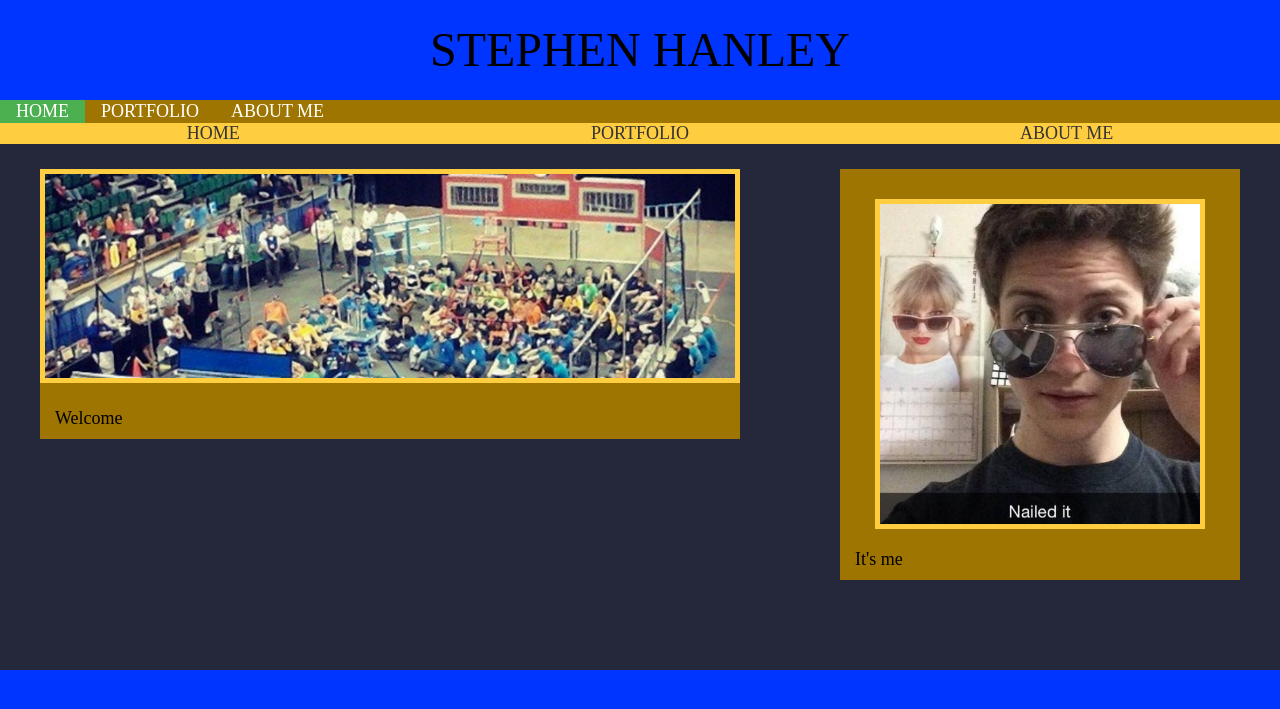
Repository: sjhanley/Portfolio-Website
Page: sjhanley_portfolio.html
The author's editor kept a record of every edit. The page is drawn from the files as they stood at one moment, then again after the next edit.
The browser window is 1280 px wide. The pictures show the whole page.

Above is the page before.
Console error (its wording comes from the project's code and is left out).

### sjhanley_portfolio.html
<!DOCTYPE html>
<html lang="en">
  <head>
    <meta charset="utf-8">
	<meta http-equiv="X-UA-Compatible" content="IE=edge">
	<meta name="viewport" content="width=device-width, initial-scale=1">
    <title>sjhanley_portfolio</title>
    <!-- Bootstrap -->
    <link href="css/styles.css" rel="stylesheet">
	<link href="css/bootstrap.css" rel="stylesheet">

	<!-- HTML5 shim and Respond.js for IE8 support of HTML5 elements and media queries -->
	<!-- WARNING: Respond.js doesn't work if you view the page via file:// -->
	<!--[if lt IE 9]>
		  <script src="https://oss.maxcdn.com/html5shiv/3.7.2/html5shiv.min.js"></script>
		  <script src="https://oss.maxcdn.com/respond/1.4.2/respond.min.js"></script>
		<![endif]-->
  </head>
  <style>
    #body {
    	background: url("mybackgroundimage.gif") repeat;
    	}
    #banner {
    	position: absolute;
    	top: 0;
    	left: 0;
    	right: 0;
    	width: 100%;
    	height: 100px;
    	z-index: -1;
    	background-color: #0035FF;
    	}
    #footer {
    	position: fixed;
    	bottom:0;
    	left: 0;
    	right: 0;
    	width: 100%;
    	height: 50px;
    	background-color: #0035FF;
    	z-index: 0;
    	}

    .castella{
    		font: normal normal normal 48px/100px castellar, castellar;
    		text-align: center;
    		color: black;
    	}

   	.lucida{
    		font: 18px LCALLIG, lucida;
    		text-align: left;
    		color: black;
    	}

    	body {margin:0;}

ul {
    list-style-type: none;
    margin: 0;
    padding: 0;
    overflow: hidden;
    background-color: #9E7500;
    top: 0;
    width: 100%;
}

li {
    float: left;
}

li a {
    display: block;
    color: white;
    text-align: center;
    padding: 1px 16px;
    text-decoration: none;
}

li a:hover:not(.active) {
    background-color: #111;
}

.active {
    background-color: #4CAF50;
}

  </style>
  <body style="background-color: #24283A">

  	<div class="row">
  		<div id=banner class="col-md-12; castella">
  			<font></font>STEPHEN HANLEY
  		</div>
  	</div>
  	<div class="container-fluid" style="margin-top:100px">
		<div class="row" style="background-color:#FFCD40; height:auto; font: 18px castellar castellar; text-align: center">

			  	<ul>
  <li><a class="active" href="#home">HOME</a></li>
  <li><a href="#news">PORTFOLIO</a></li>
  <li><a href="#contact">ABOUT ME</a></li>
</ul>

  			<div class="col-xs-4">HOME</div>
  			<div class="col-xs-4">PORTFOLIO</div>
  			<div class="col-xs-4">ABOUT ME</div>
		</div>
		<div class="row" style="margin:25px 25px 25px 25px">
			<div class="col-sm-7" style="background-color:#9E7500; margin-bottom:25px">
				<div class="row" style="background-color:#FFCD40; margin-bottom:25px">
					<div style="margin:5px 5px 5px 5px">
						<img class="img-responsive" src="images/Banner_crop.jpg">
					</div>
				</div>
				<p class="lucida">
					Welcome
				</p>
			</div>
			<div class="col-sm-1"></div>
			<div class="col-sm-4" style="background-color:#9E7500">
				<div class="row" style="background-color:#FFCD40; margin:0px 20px 20px 20px; position:relative; top:30px">
					<div style="margin:5px 5px 5px 5px">
						<img class="img-responsive" src="images/profile_pic.JPG">
					</div>
				</div>
				<p style="height:20px"></p>
				<p class="lucida">
				It's me
				</p>
			</div>
		</div>
		<div class="row" style="height:50px"></div>
	</div>

   	<div id=footer></div>

	<!-- jQuery (necessary for Bootstrap's JavaScript plugins) -->
	<script src="js/bootstrap.min.js"></script>

	<!-- Include all compiled plugins (below), or include individual files as needed -->
	<script src="js/bootstrap.js"></script>
	</body>
</html>

### css/styles.css
@charset "UTF-8";
/* CSS Document */

@font-face {
	font-family: 'Spacemono';
	src: url('../fonts/spacemono-regular-webfont.woff2') format('woff2'),
		 url('../fonts/spacemono-regular-webfont.woff') format('woff');
	font-weight: normal;
	font-style: normal;
}

@font-face {
	font-family: 'castellar';
	src: url('../fonts/castellar/castellar.tff') format('tff');
	font-weight: normal;
	font-style: normal;
}

@font-face {
	font-family: 'lucida';
	src: url('../fonts/lucida_calligraphy/LCALLIG.tff') format('tff'),
		 url('../fonts/lucida_calligraphy/lucida_calligraphy_italic.ttf') format('tff');
	font-weight: normal;
	font-style: normal;
}

html {
	font-family: 'Spacemono', 'castellar', 'lucida';
}

Loaded but not shown: css/bootstrap.css (library); js/bootstrap.min.js (library); js/bootstrap.js (library)

After the next edit:
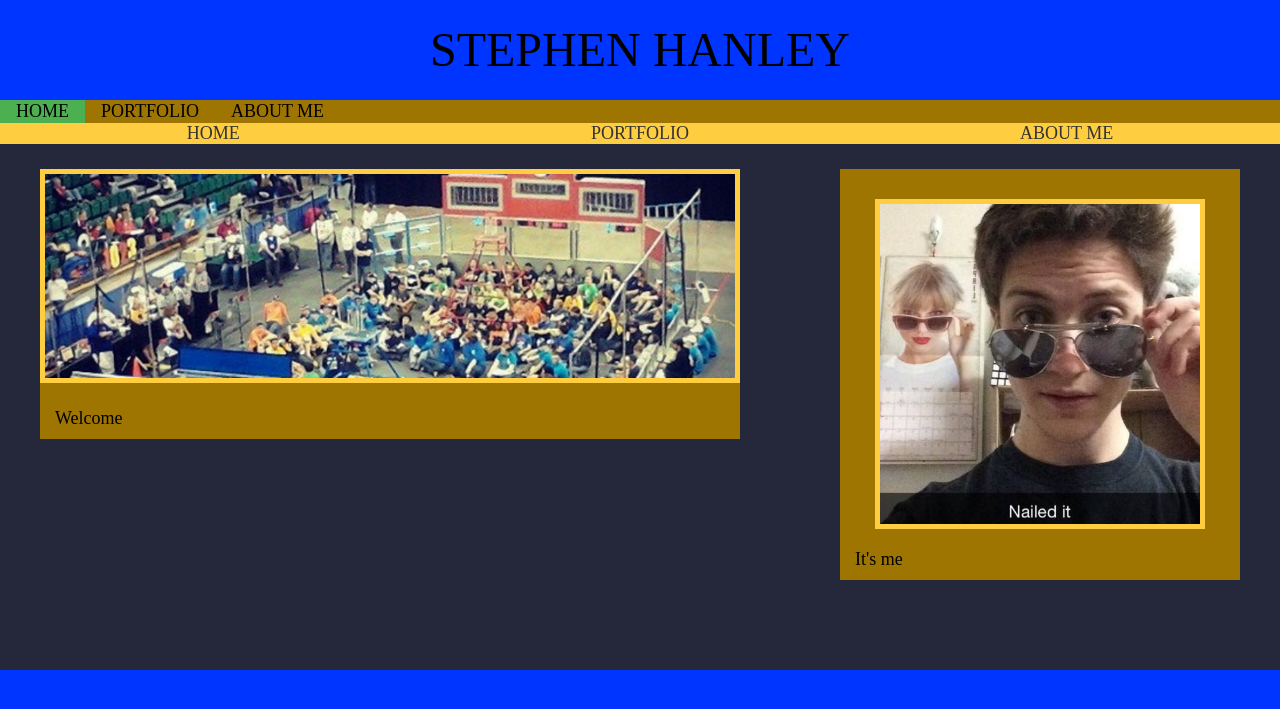
The edit:
--- a/sjhanley_portfolio.html
+++ b/sjhanley_portfolio.html
@@ -71,7 +71,7 @@
 
 li a {
     display: block;
-    color: white;
+    color: Black;
     text-align: center;
     padding: 1px 16px;
     text-decoration: none;
